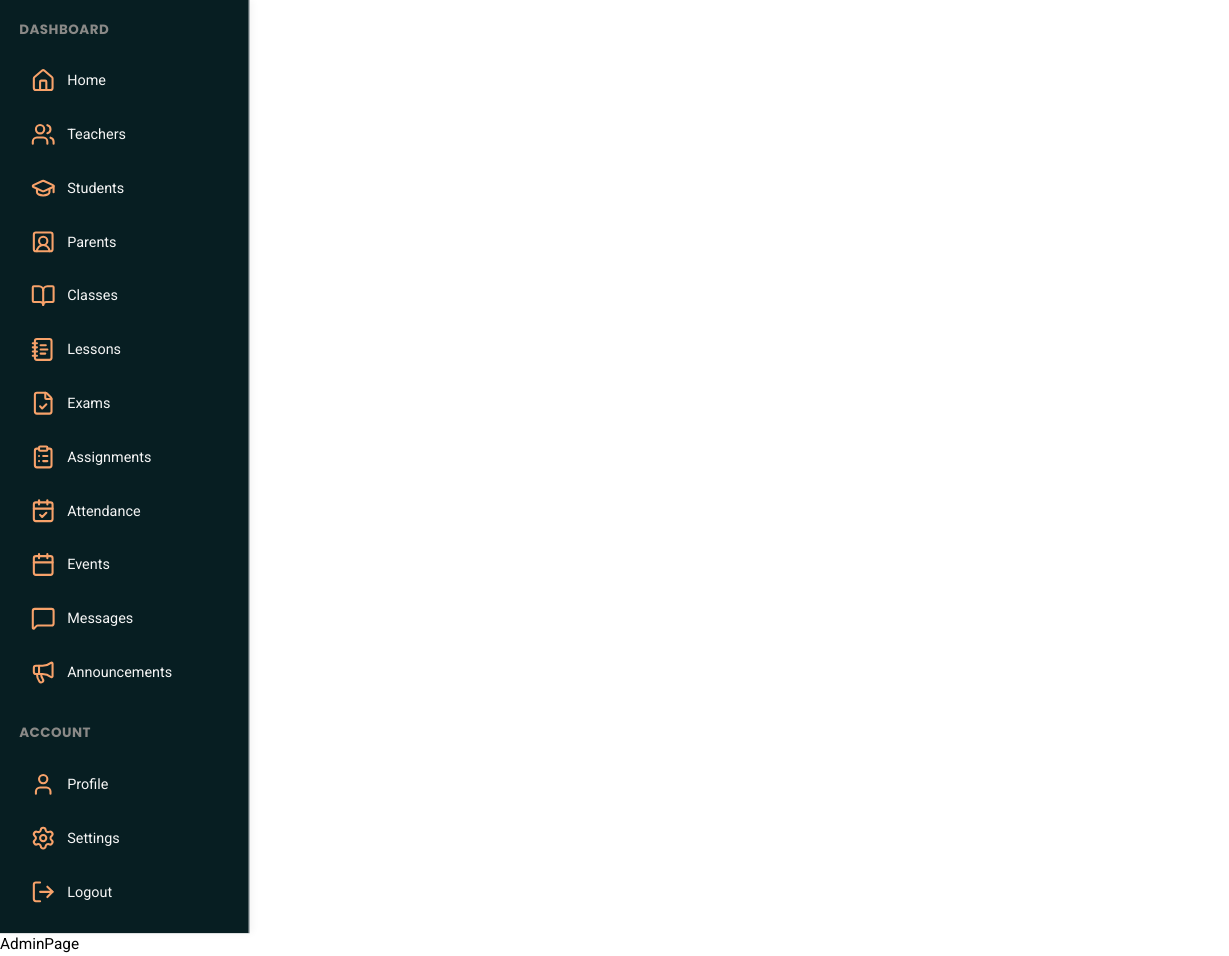
Repository: GlorifiedIntel/student-portal
Page: /admin
These files come from the project's save history. The page is drawn as it stood at one moment and after the next save; the edit follows.
The browser window is 1280 px wide. The pictures show the whole page, at 96% of full size.
The project was rebuilt for these pictures with package versions that can differ from the ones it lists, and the page was loaded fresh each time. The framework's server and built-in components were replaced by stand-ins that run in the browser. Also part of the build but not shown: next.config.mjs, src/app/(dashboard)/Layout.module.css.

Above is the page before, as saved 2025-08-21 14:07:33.

### src/app/layout.js
import { Play, Poppins, Roboto } from "next/font/google";
import "./globals.css";

const play = Play({
  variable: "--font-play",
  subsets: ["latin"],
  weight: ["400", "700"], // available weights
});

const poppins = Poppins({
  variable: "--font-poppins",
  subsets: ["latin"],
  weight: ["100", "200", "300", "400", "500", "600", "700", "800", "900"],
});

const roboto = Roboto({
  variable: "--font-roboto",
  subsets: ["latin"],
  weight: ["100", "300", "400", "500", "700", "900"],
});

export const metadata = {
  title: "Create Next App",
  description: "Generated by create next app",
};

export default function RootLayout({ children }) {
  return (
    <html lang="en">
      <body className={`${roboto.variable} ${poppins.variable} ${play.variable} antialiased`}>
       {children}
      </body>
    </html>
  );
}

### src/app/(dashboard)/layout.jsx
import Menu from "@/components/Menu";
import "./Layout.module.css";

export default function DashboardLayout({ children }) {
  return (
    <div className="dashboard-layout">
      <Menu />
      <main className="dashboard-content">{children}</main>
    </div>
  );
}

### src/app/globals.css
@import "tailwindcss";


html, body {
  height: 100%;
  margin: 0;
  padding: 0;
   font-family: var(--font-roboto), sans-serif;
}

h1, h2, h3 {
  font-family: var(--font-poppins), sans-serif;
}

.special-text {
  font-family: var(--font-play), serif;
}


#__next, #root {
  height: 100%;
}

### src/components/Menu.jsx
"use client";

import Link from "next/link";
import {
  Home,
  Users,
  GraduationCap,
  UserSquare2,
  BookOpen,
  NotebookText,
  FileCheck,
  ClipboardList,
  CalendarCheck,
  Calendar,
  MessageSquare,
  Megaphone,
  User,
  Settings,
  LogOut,
} from "lucide-react";
import styles from "./Menu.module.css";  // ✅ Corrected import

const menuItems = [
  {
    title: "DASHBOARD",
    items: [
      { icon: Home, label: "Home", href: "/" },
      { icon: Users, label: "Teachers", href: "/teachers" },
      { icon: GraduationCap, label: "Students", href: "/students" },
      { icon: UserSquare2, label: "Parents", href: "/parents" },
      { icon: BookOpen, label: "Classes", href: "/classes" },
      { icon: NotebookText, label: "Lessons", href: "/lessons" },
      { icon: FileCheck, label: "Exams", href: "/exams" },
      { icon: ClipboardList, label: "Assignments", href: "/assignments" },
      { icon: CalendarCheck, label: "Attendance", href: "/attendance" },
      { icon: Calendar, label: "Events", href: "/events" },
      { icon: MessageSquare, label: "Messages", href: "/messages" },
      { icon: Megaphone, label: "Announcements", href: "/announcements" },
    ],
  },
  {
    title: "ACCOUNT",
    items: [
      { icon: User, label: "Profile", href: "/profile" },
      { icon: Settings, label: "Settings", href: "/settings" },
      { icon: LogOut, label: "Logout", href: "/logout" },
    ],
  },
];

const Menu = () => {
  return (
    <div className={styles.menu}>
      {menuItems.map((section) => (
        <div className={styles["menu-section"]} key={section.title}>
          <span className={styles["menu-title"]}>{section.title}</span>
          {section.items.map((item) => (
            <Link href={item.href} key={item.label} className={styles["menu-link"]}>
              <item.icon size={26} className={styles["menu-icon"]} />
              <span>{item.label}</span>
            </Link>
          ))}
        </div>
      ))}
    </div>
  );
};

export default Menu;

### src/components/Menu.module.css
.menu {
  width: 260px;
  background-color: #071E22;
  border-right: 1px solid #e5e7eb;
  padding: 20px;
  display: flex;
  flex-direction: column;
  gap: 30px;
  min-height: 100vh;
  box-shadow: 2px 0 8px rgba(0, 0, 0, 0.05);
  transition: all 0.3s ease-in-out;
}

.menu-section {
  display: flex;
  flex-direction: column;
  gap: 10px;
}

.menu-title {
  font-size: 14px;
  font-weight: 700;
  color: #8a8987;
  text-transform: uppercase;
  margin-bottom: 10px;
  letter-spacing: 0.5px;
  font-family: Poppins, sans-serif;
}

.menu-link {
  display: flex;
  align-items: center;
  gap: 12px;
  padding: 10px 12px;
  text-decoration: none;
  color: whitesmoke;
  font-size: 15px;
  border-radius: 8px;
  transition: background 0.2s ease, color 0.2s ease;
}

.menu-link:hover {
  background-color: #f3f4f6;
  color: #1f2937;
}

.menu-icon {
  color: #f7a26a;
  transition: color 0.2s ease;
}

.menu-link:hover .menu-icon {
  color: #2563eb;
}

.menu-link span {
  flex: 1;
}

/* Active link style (optional) */
.menu-link.active {
  background-color: #e0e7ff;
  color: #1e3a8a;
}

.menu-link.active .menu-icon {
  color: #1e3a8a;
}

/* Responsive sidebar */
@media (max-width: 768px) {
  .menu {
    width: 100%;
    flex-direction: row;
    min-height: auto;
    border-right: none;
    border-bottom: 1px solid #e5e7eb;
    padding: 10px;
    gap: 20px;
    overflow-x: auto;
  }

  .menu-section {
    flex-direction: row;
    gap: 20px;
  }

  .menu-title {
    display: none;
  }

  .menu-link span {
    display: none;
  }

  .menu-link {
    padding: 8px;
    justify-content: center;
  }
}

Loaded but not shown: src/app/(dashboard)/admin/page.jsx (common file)

After the next save:
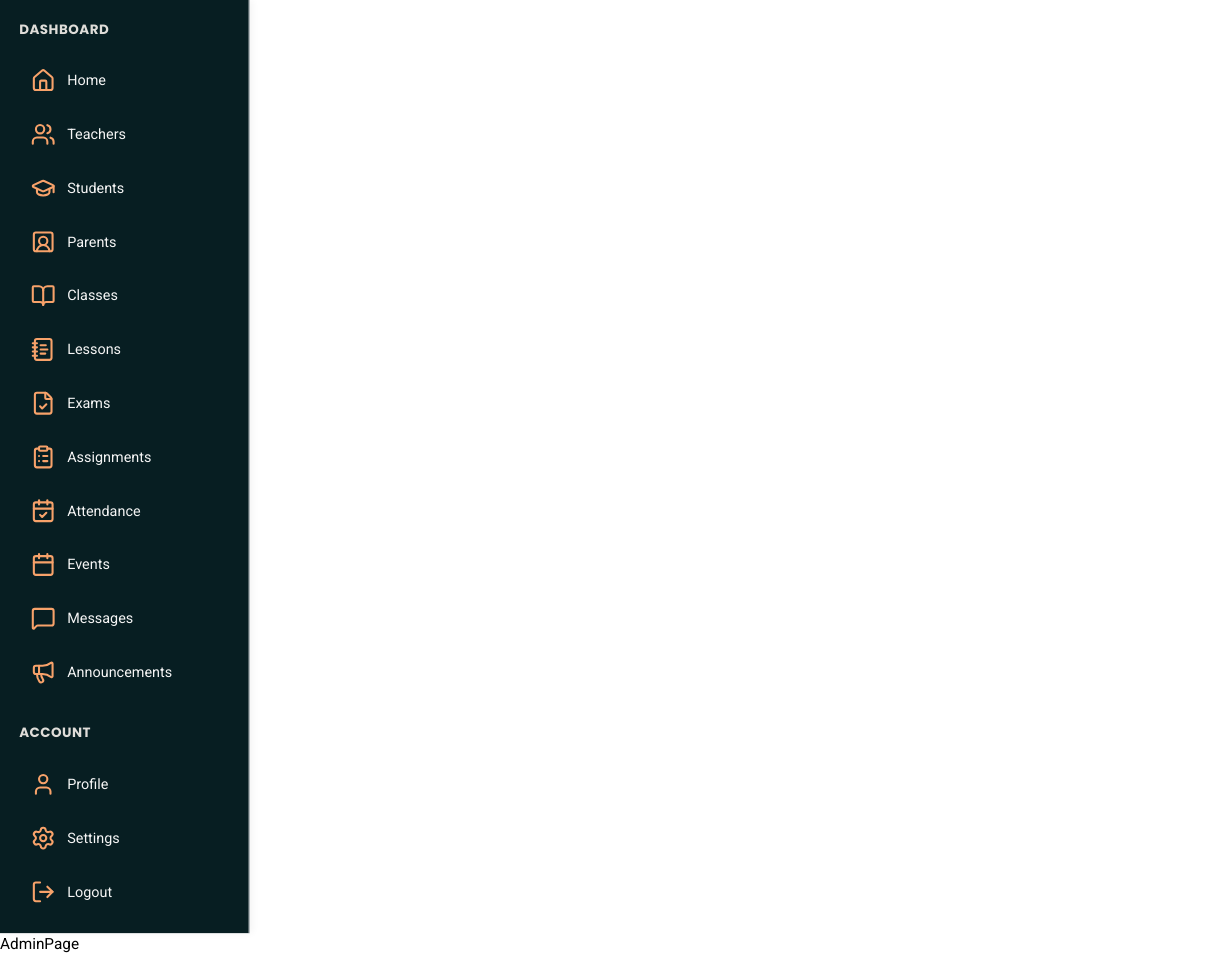
Saved 14 s later.
--- a/src/components/Menu.module.css
+++ b/src/components/Menu.module.css
@@ -20,7 +20,7 @@
 .menu-title {
   font-size: 14px;
   font-weight: 700;
-  color: #8a8987;
+  color: #dfddd9;
   text-transform: uppercase;
   margin-bottom: 10px;
   letter-spacing: 0.5px;
